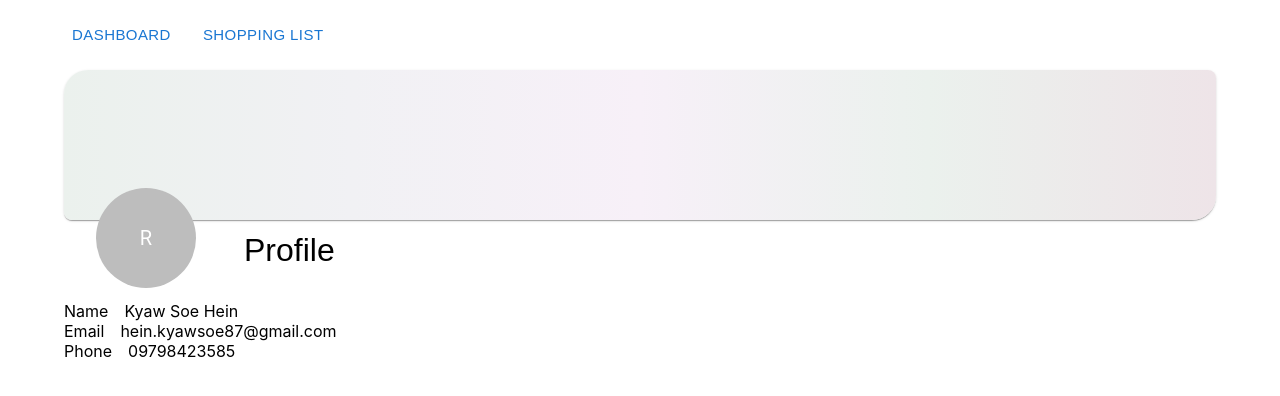
Repository: KyawSoeHein/GoogleAuthReact
Page: /
An editor plug-in stored every save of this project. The page is shown before and after the next save, followed by the edit.
The browser window is 1280 px wide. The pictures show the whole page.
The project was rebuilt for these pictures with package versions that can differ from the ones it lists, and the page was loaded fresh each time.

Above is the page before, as saved 2022-02-14 20:07:29.
Not found: images/profile.jpg

### src/index.tsx
import React from "react";
import ReactDOM from "react-dom";
import "./index.css";
import App from "./App";
import Dashboard from "./View/Dashboard";
import reportWebVitals from "./reportWebVitals";

ReactDOM.render(
  <React.StrictMode>
    <Dashboard />
  </React.StrictMode>,
  document.getElementById("root")
);

// If you want to start measuring performance in your app, pass a function
// to log results (for example: reportWebVitals(console.log))
// or send to an analytics endpoint. Learn more: https://bit.ly/CRA-vitals
reportWebVitals();

### src/View/Dashboard.tsx
import React from "react";
import { Container, Grid, Stack } from "@mui/material";
import MenuSelection from "../Components/MenuSelection";
import CoverAndProfilePhoto from "../Components/CoverAndProfilePhoto";

const Dashboard = () => {
  return (
    <Grid>
      <Container>
        <div style={{ marginTop: 16 }}>
          <MenuSelection />
        </div>

        <div style={{ marginTop: 16 }}>
          <CoverAndProfilePhoto />
        </div>

        <Stack direction={"row"} spacing={2}>
          <div>Name</div>
          <div>Kyaw Soe Hein</div>
        </Stack>

        <Stack direction={"row"} spacing={2}>
          <div>Email</div>
          <div>hein.kyawsoe87@gmail.com</div>
        </Stack>

        <Stack direction={"row"} spacing={2}>
          <div>Phone</div>
          <div>09798423585</div>
        </Stack>
      </Container>
    </Grid>
  );
};

export default Dashboard;

### src/Components/MenuSelection.tsx
import React from "react";
import { Button, Stack } from "@mui/material";
import "../App.css";

const MenuSelection = () => {
  const buttonFontSize = 15;

  return (
    <Stack direction={"row"} spacing={2}>
      <Button sx={{ fontSize: buttonFontSize, fontFamily: "sans-serif" }}>
        Dashboard
      </Button>
      <Button sx={{ fontSize: buttonFontSize, fontFamily: "sans-serif" }}>
        Shopping List
      </Button>
    </Stack>
  );
};

export default MenuSelection;

### src/Components/CoverAndProfilePhoto.tsx
import React from "react";
import { Avatar, Button, Paper, Stack } from "@mui/material";
import "../App.css";

const CoverAndProfilePhoto = () => {
  return (
    <div>
      <Paper
        elevation={1}
        sx={{
          height: 150,
          borderTopRightRadius: 8,
          borderTopLeftRadius: 24,
          borderBottomLeftRadius: 8,
          borderBottomRightRadius: 24,
          background:
            "linear-gradient(to right, rgb(235,241,237), rgb(241,241,244), rgb(247,240,248), rgb(235,241,237), rgb(238,228,232))",
        }}
      ></Paper>

      <div className="coverPhoto">
        <Avatar
          alt="Remy Sharp"
          src="../images/profile.jpg"
          sx={{ width: 100, height: 100, marginTop: -4, marginLeft: 4 }}
        />
        <div style={{ marginLeft: 48, marginTop: -20 }}>
          <p className="profileTitle">Profile</p>
        </div>
      </div>
    </div>
  );
};

export default CoverAndProfilePhoto;

### src/App.css
.App {
  text-align: center;
}

.App-logo {
  height: 40vmin;
  pointer-events: none;
}

@media (prefers-reduced-motion: no-preference) {
  .App-logo {
    animation: App-logo-spin infinite 20s linear;
  }
}

.App-header {
  background-color: #282c34;
  min-height: 100vh;
  display: flex;
  flex-direction: column;
  align-items: center;
  justify-content: center;
  font-size: calc(10px + 2vmin);
  color: white;
}

.App-link {
  color: #61dafb;
}

@keyframes App-logo-spin {
  from {
    transform: rotate(0deg);
  }
  to {
    transform: rotate(360deg);
  }
}

.profileTitle {
  font-size: 32px;
  font-family: sans-serif;
  /* font-weight: bold; */
}

.coverPhoto {
  display: flex;
  flex-direction: row;
  flex: 1;
}

Loaded but not shown: public/index.html (common file); src/index.css (common file); src/reportWebVitals.ts (common file)

After the next save:
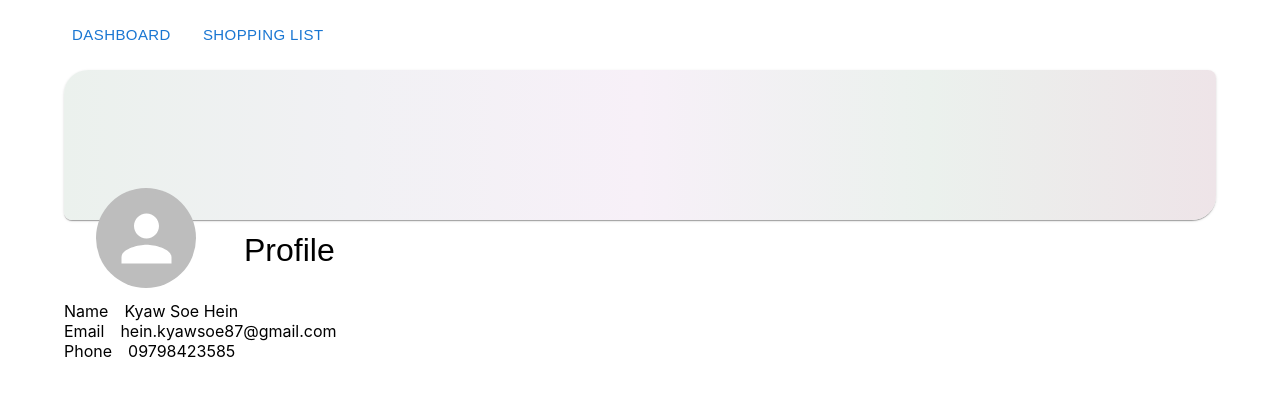
Saved 25 s later.
--- a/src/Components/CoverAndProfilePhoto.tsx
+++ b/src/Components/CoverAndProfilePhoto.tsx
@@ -21,7 +21,6 @@ const CoverAndProfilePhoto = () => {
       <div className="coverPhoto">
         <Avatar
           alt="Remy Sharp"
-          src="../images/profile.jpg"
           sx={{ width: 100, height: 100, marginTop: -4, marginLeft: 4 }}
         />
         <div style={{ marginLeft: 48, marginTop: -20 }}>
